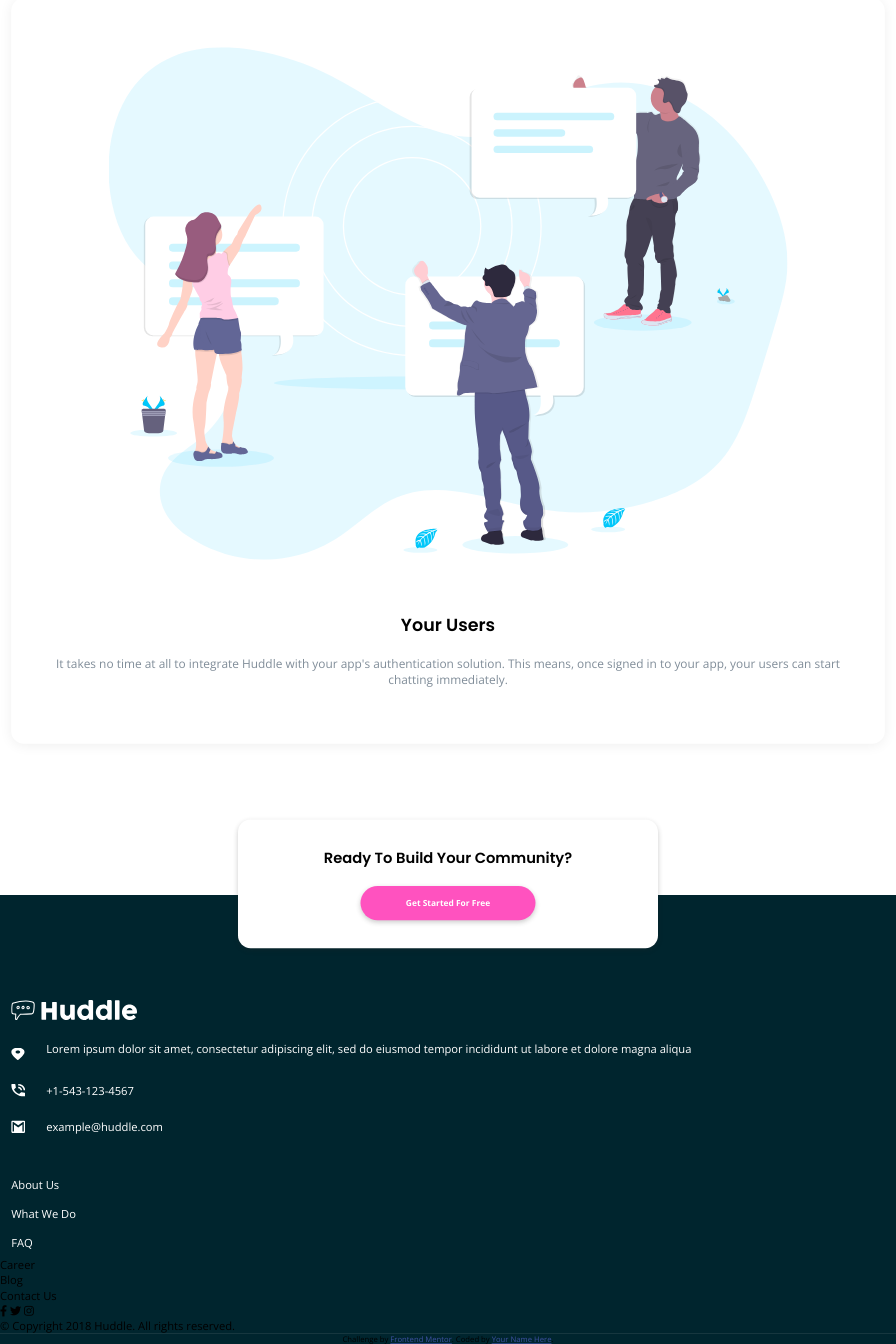
Repository: DejV44/Huddle-landing-page
Page: index.html
An editor plug-in stored every save of this project. The page is shown before and after the next save, followed by the edit.
The browser window is 1280 px wide. The pictures show the part of the page from y = 3582 to 5502 px (the page is 5502 px tall before and 5474 px after), at 70% of full size.
The style sheet was rebuilt from its Sass, Less or Tailwind sources for each picture, by a compiler version that may differ from the author's.

Above is the page before, as saved 2021-08-20 12:46:13.

After the next save:
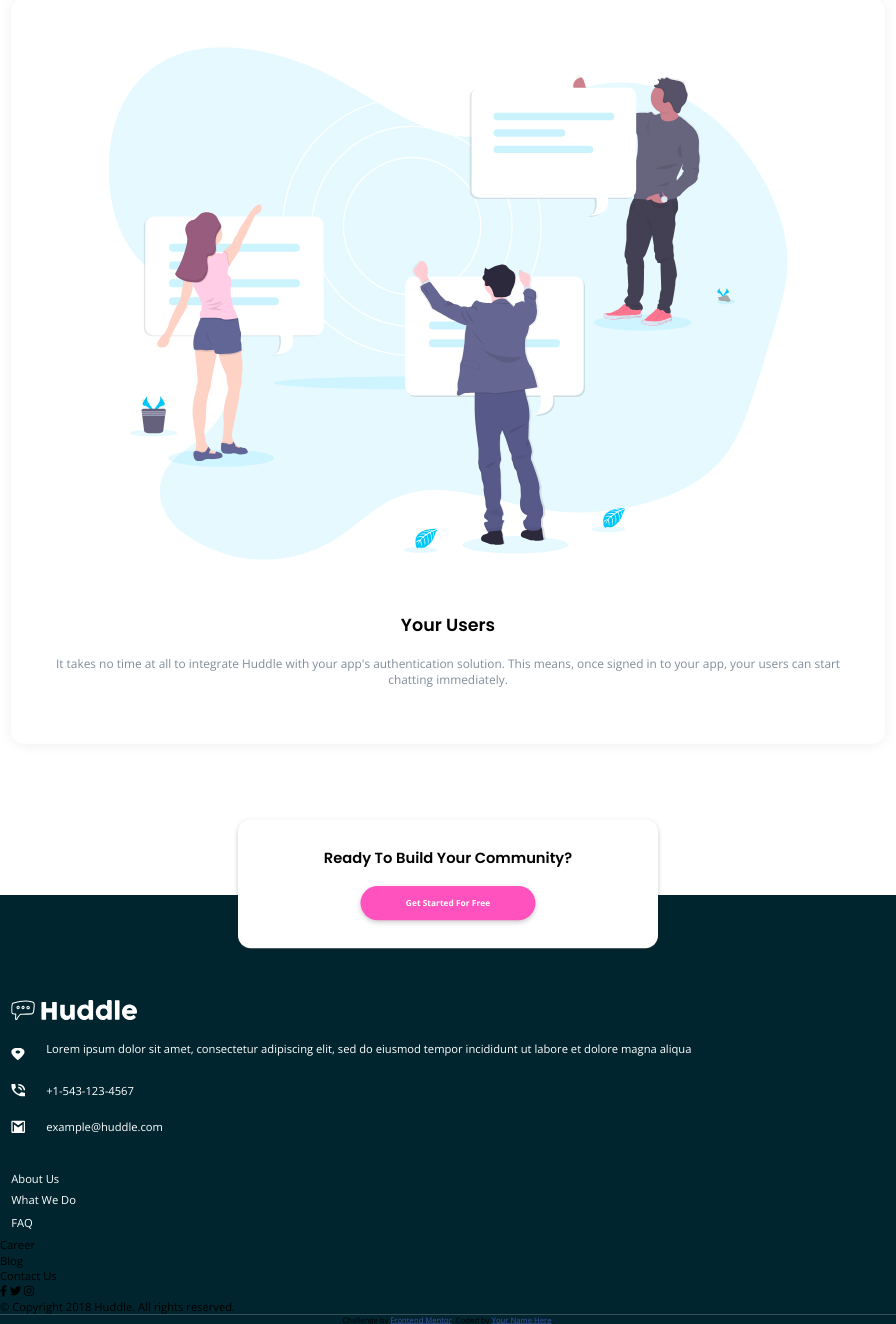
Saved 49 s later.
--- a/css/_footer.scss
+++ b/css/_footer.scss
@@ -37,7 +37,7 @@ footer {
             color: white;
             padding-left: 1rem;
             li {
-                padding: 0.6em 0;
+                padding-bottom: 0.6em;
             }
         }
     }
